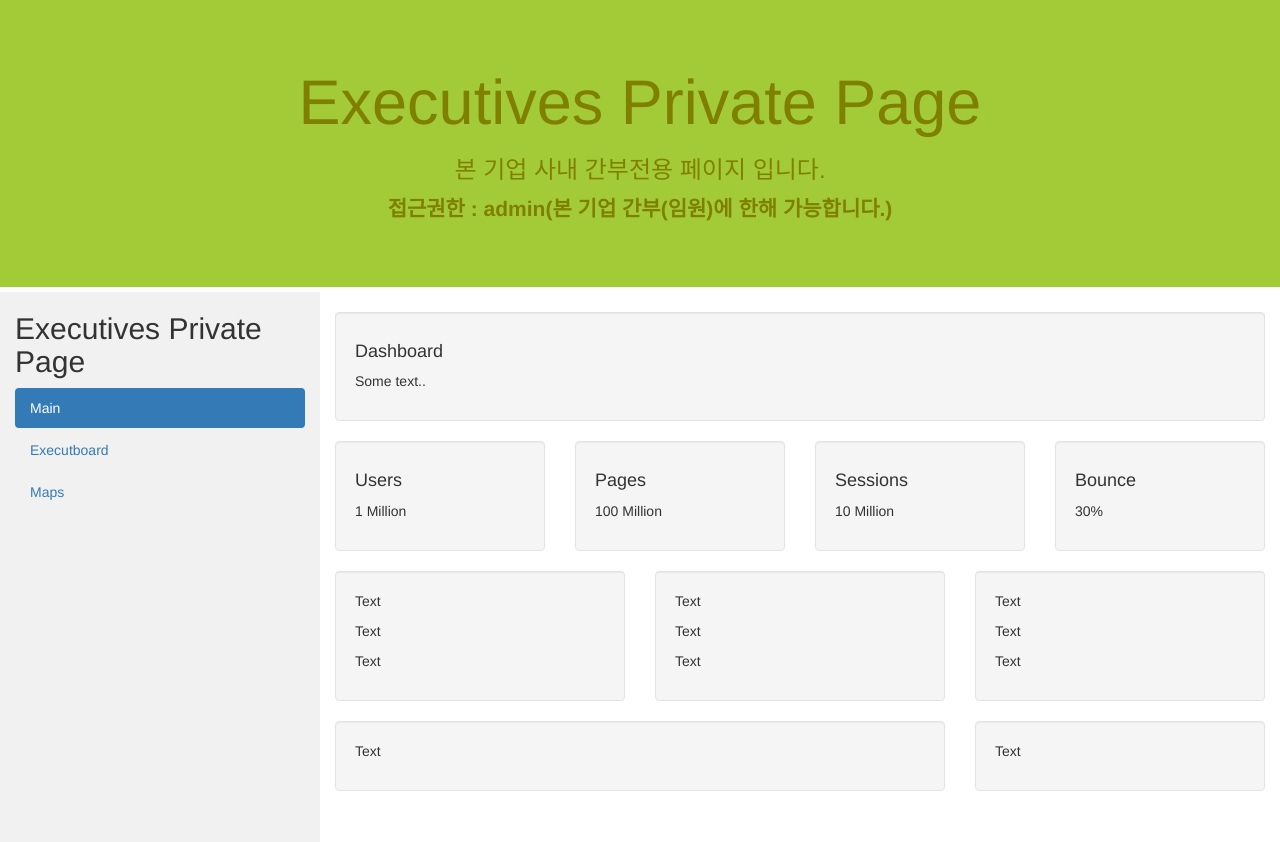
Repository: as2019a/spring
Page: http://localhost/ch19_project_mavenwebsite/WEB-INF/views/executives/maps.jsp
The author's editor kept a copy of each file at every save. The page is drawn from the files as they stood at one save, then again after the next save.
The browser window is 1280 px wide. The pictures show the whole page.
Some web libraries are served in a nearby version. The page is served by Tomcat 9. Nobody is signed in. Other server files are loaded and not shown. The template is opened directly, without the code that normally fills it, so the values that code supplies are empty.

Above is the page before, as saved 2019-01-29 09:43:25.

### ch19_project_mavenwebsite/src/main/webapp/WEB-INF/views/executives/maps.jsp
<%@ page language="java" contentType="text/html; charset=UTF-8"
    pageEncoding="UTF-8"%>
<%@ taglib prefix="c" uri="http://java.sun.com/jsp/jstl/core" %>
<!DOCTYPE html>
<html>
<head>
<meta charset="UTF-8">
<meta name="viewport"
 	  content="width=device-width, initial-scale=1">
<title>Executives Web Page</title>
<link href="https://maxcdn.bootstrapcdn.com/bootstrap/3.3.2/css/bootstrap.min.css" rel="stylesheet">
<link rel="stylesheet" href="https://cdnjs.cloudflare.com/ajax/libs/font-awesome/4.7.0/css/font-awesome.min.css">
<link rel="stylesheet" href="https://use.fontawesome.com/releases/v5.5.0/css/all.css">
<style>
	.jumbotron{
		margin-bottom: 5px;
		text-align:center;
		background-clip:padding-box;
		background-color:#A3CB38;
	}

	.jumbotron:hover{
		color:olive;
	}

    /* Set height of the grid so .sidenav can be 100% (adjust as needed) */
    .row.content {height: 550px}

    /* Set gray background color and 100% height */
    .sidenav {
      background-color: #f1f1f1;
      height: 100%;
    }

    /* On small screens, set height to 'auto' for the grid */
    @media screen and (max-width: 767px) {
      .row.content {height: auto;}
    }
  </style>
</head>
<body>
	<div class="jumbotron">
	    <h1> Executives Private Page</h1>
	    <h3>본 기업 사내 간부전용 페이지 입니다.</h3>
	    <p><b>접근권한 : admin(본 기업 간부(임원)에 한해 가능합니다.)</b></p>
	</div>
	<nav class="navbar navbar-inverse visible-xs">
	  <div class="container-fluid">
	    <div class="navbar-header">
	      <button type="button" class="navbar-toggle" data-toggle="collapse" data-target="#myNavbar">
	        <span class="icon-bar"></span>
	        <span class="icon-bar"></span>
	        <span class="icon-bar"></span>
	      </button>
	      <a class="navbar-brand" href="executives/onadmin">Executives Private Page</a>
	    </div>
	    <div class="collapse navbar-collapse" id="myNavbar">
	      <ul class="nav navbar-nav">
	        <li class="active"><a href="/main">Main</a></li>
	        <li><a href="executives/executboard">Executboard</a></li>
	        <li><a href="executives/maps">Maps</a></li>
	        <li><a href="executives/"></a></li>
	        <li><a href="executives/"></a></li>
	      </ul>
	    </div>
	  </div>
	</nav>

	<div class="container-fluid">
	  <div class="row content">
	    <div class="col-sm-3 sidenav hidden-xs">
	      <h2>Executives Private Page</h2>
	      <ul class="nav nav-pills nav-stacked">
	        <li class="active"><a href="/main">Main</a></li>
	        <li><a href="executives/executboard">Executboard</a></li>
	        <li><a href="executives/maps">Maps</a></li>
	        <li><a href="executives/"></a></li>
	        <li><a href="executives/"></a></li>
	      </ul><br>
	    </div>
	    <br>

	    <div class="col-sm-9">
	      <div class="well">
	        <h4>Dashboard</h4>
	        <p>Some text..</p>
	      </div>
	      <div class="row">
	        <div class="col-sm-3">
	          <div class="well">
	            <h4>Users</h4>
	            <p>1 Million</p>
	          </div>
	        </div>
	        <div class="col-sm-3">
	          <div class="well">
	            <h4>Pages</h4>
	            <p>100 Million</p>
	          </div>
	        </div>
	        <div class="col-sm-3">
	          <div class="well">
	            <h4>Sessions</h4>
	            <p>10 Million</p>
	          </div>
	        </div>
	        <div class="col-sm-3">
	          <div class="well">
	            <h4>Bounce</h4>
	            <p>30%</p>
	          </div>
	        </div>
	      </div>
	      <div class="row">
	        <div class="col-sm-4">
	          <div class="well">
	            <p>Text</p>
	            <p>Text</p>
	            <p>Text</p>
	          </div>
	        </div>
	        <div class="col-sm-4">
	          <div class="well">
	            <p>Text</p>
	            <p>Text</p>
	            <p>Text</p>
	          </div>
	        </div>
	        <div class="col-sm-4">
	          <div class="well">
	            <p>Text</p>
	            <p>Text</p>
	            <p>Text</p>
	          </div>
	        </div>
	      </div>
	      <div class="row">
	        <div class="col-sm-8">
	          <div class="well">
	            <p>Text</p>
	          </div>
	        </div>
	        <div class="col-sm-4">
	          <div class="well">
	            <p>Text</p>
	          </div>
	        </div>
	      </div>
	    </div>
	  </div>
	</div>
	<script src="https://code.jquery.com/jquery-3.3.1.min.js"></script>
	<script src="https://maxcdn.bootstrapcdn.com/bootstrap/3.3.2/js/bootstrap.min.js"></script>
</body>
</html>

After the next save:
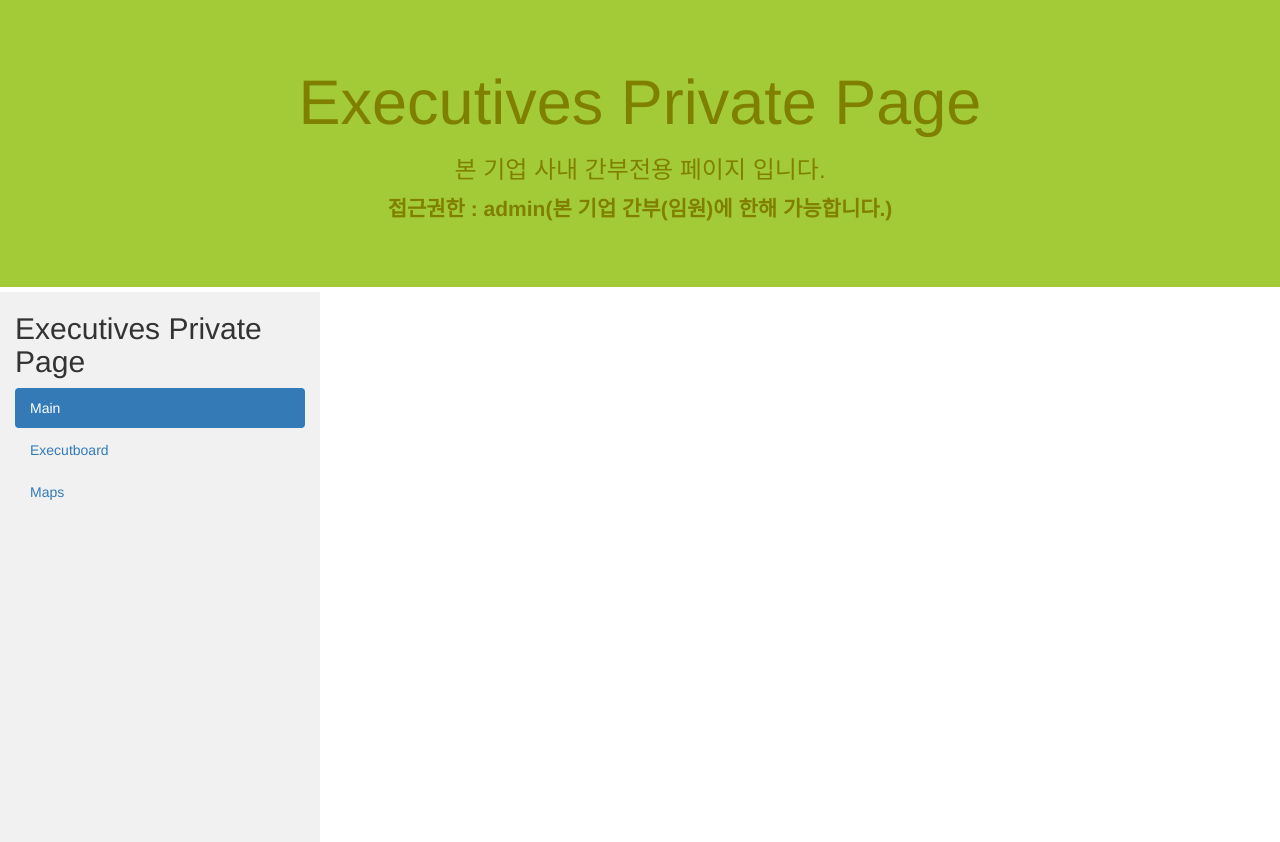
Saved 95 min 3 s later.
--- a/ch19_project_mavenwebsite/src/main/webapp/WEB-INF/views/executives/maps.jsp
+++ b/ch19_project_mavenwebsite/src/main/webapp/WEB-INF/views/executives/maps.jsp
@@ -81,73 +81,8 @@
 	    <br>
 
 	    <div class="col-sm-9">
-	      <div class="well">
-	        <h4>Dashboard</h4>
-	        <p>Some text..</p>
-	      </div>
-	      <div class="row">
-	        <div class="col-sm-3">
-	          <div class="well">
-	            <h4>Users</h4>
-	            <p>1 Million</p>
-	          </div>
-	        </div>
-	        <div class="col-sm-3">
-	          <div class="well">
-	            <h4>Pages</h4>
-	            <p>100 Million</p>
-	          </div>
-	        </div>
-	        <div class="col-sm-3">
-	          <div class="well">
-	            <h4>Sessions</h4>
-	            <p>10 Million</p>
-	          </div>
-	        </div>
-	        <div class="col-sm-3">
-	          <div class="well">
-	            <h4>Bounce</h4>
-	            <p>30%</p>
-	          </div>
-	        </div>
-	      </div>
-	      <div class="row">
-	        <div class="col-sm-4">
-	          <div class="well">
-	            <p>Text</p>
-	            <p>Text</p>
-	            <p>Text</p>
-	          </div>
-	        </div>
-	        <div class="col-sm-4">
-	          <div class="well">
-	            <p>Text</p>
-	            <p>Text</p>
-	            <p>Text</p>
-	          </div>
-	        </div>
-	        <div class="col-sm-4">
-	          <div class="well">
-	            <p>Text</p>
-	            <p>Text</p>
-	            <p>Text</p>
-	          </div>
-	        </div>
-	      </div>
-	      <div class="row">
-	        <div class="col-sm-8">
-	          <div class="well">
-	            <p>Text</p>
-	          </div>
-	        </div>
-	        <div class="col-sm-4">
-	          <div class="well">
-	            <p>Text</p>
-	          </div>
-	        </div>
-	      </div>
+
 	    </div>
-	  </div>
 	</div>
 	<script src="https://code.jquery.com/jquery-3.3.1.min.js"></script>
 	<script src="https://maxcdn.bootstrapcdn.com/bootstrap/3.3.2/js/bootstrap.min.js"></script>
